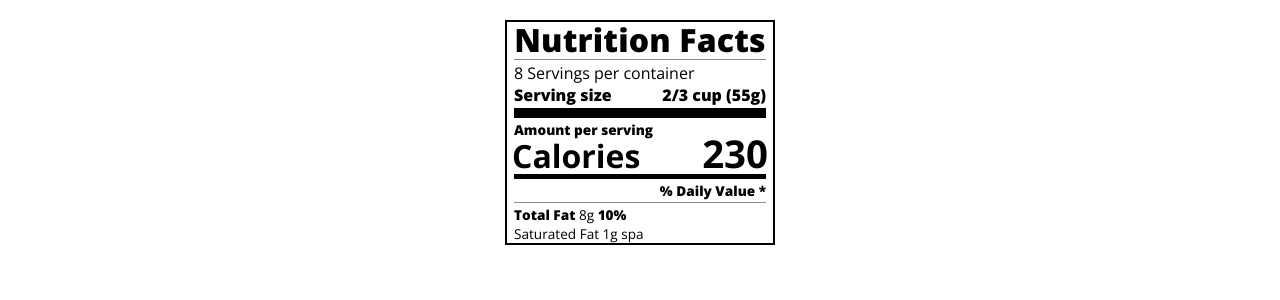
Repository: Lungdjos/typography
Page: index.html
An editor plug-in stored every save of this project. The page is shown before and after a run of saves, followed by the edit.
The browser window is 1280 px wide. The pictures show the whole page.

Above is the page before, as saved 2023-10-28 01:56:30.

### index.html
<!DOCTYPE html>
<html lang="en">

<head>
    <meta charset="UTF-8">
    <meta name="viewport" content="width=device-width, initial-scale=1.0">
    <title>Nutrition Label</title>
    <link rel="stylesheet" href="styles.css">
    <link rel="stylesheet" href="https://fonts.googleapis.com/css?family=Open+Sans:400,700,800">
</head>

<body>
    <div class="label">
        <header>
            <h1 class="bold">Nutrition Facts</h1>
            <div class="divider"></div>
            <p>8 Servings per container</p>
            <p class="bold">Serving size <span>2/3 cup (55g)</span></p>
        </header>
        <div class="divider large"></div>
        <div class="calories-info">
            <div class="left-container">
                <h2 class="bold small-text">Amount per serving</h2>
                <p>Calories</p>
            </div>
            <span>230</span>
        </div>
        <div class="divider medium"></div>
        <div class="daily-value small-text">
            <p class="bold right">% Daily Value *</p>
            <div class="divider"></div>
            <p><span><span class="bold">Total Fat</span> 8g <span class="bold">10%</span></span>
            </p>
            <p>Saturated Fat 1g spa</p>
        </div>
    </div>

</body>

</html>

### styles.css
body {
    font-family: "Open Sans", sans-serif;
}

html {
    font-size: 16px;
}

.label {
    border: 2px solid black;
    width: 270px;
    margin: 20px auto;
    padding: 0 7px;
}

* {
    box-sizing: border-box;
}

header h1 {
    text-align: center;
    margin: -4px 0;
    letter-spacing: .15PX;
}

p {
    margin: 0;
    display: flex;
    justify-content: space-between;
}

.divider {
    border-bottom: 1px solid #888989;
    margin: 2px 0;
}

.bold {
    font-weight: 800;
}

.large {
    height: 10px;
}

.large,
.medium {
    background-color: black;
    border: 0;
}

.small-text {
    font-size: .85rem;
}

.calories-info h2 {
    margin: 0;
}

.calories-info {
    display: flex;
    justify-content: space-between;
    align-items: flex-end;
}

.left-container p {
    margin: -5px -2px;
    font-size: 2em;
    font-weight: 700;
}

.calories-info span {
    font-size: 2.4em;
    font-weight: 700;
    margin: -7px -2px;
}

.medium {
    height: 5px;
}

.right {
    justify-content: flex-end;
}

After the next 3 saves:
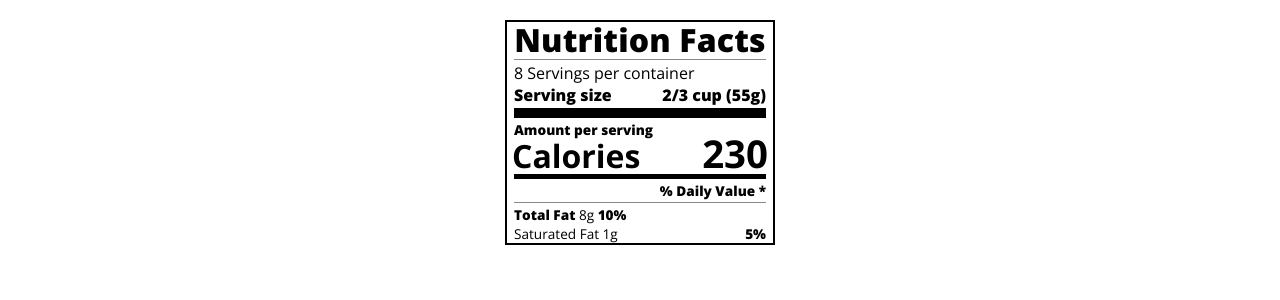
The 3 saves are shown as one change because they came seconds apart.
The last was saved 8 s later.
--- a/index.html
+++ b/index.html
@@ -31,7 +31,7 @@
             <div class="divider"></div>
             <p><span><span class="bold">Total Fat</span> 8g <span class="bold">10%</span></span>
             </p>
-            <p>Saturated Fat 1g spa</p>
+            <p>Saturated Fat 1g <span class="bold">5%</span></p>
         </div>
     </div>
 
